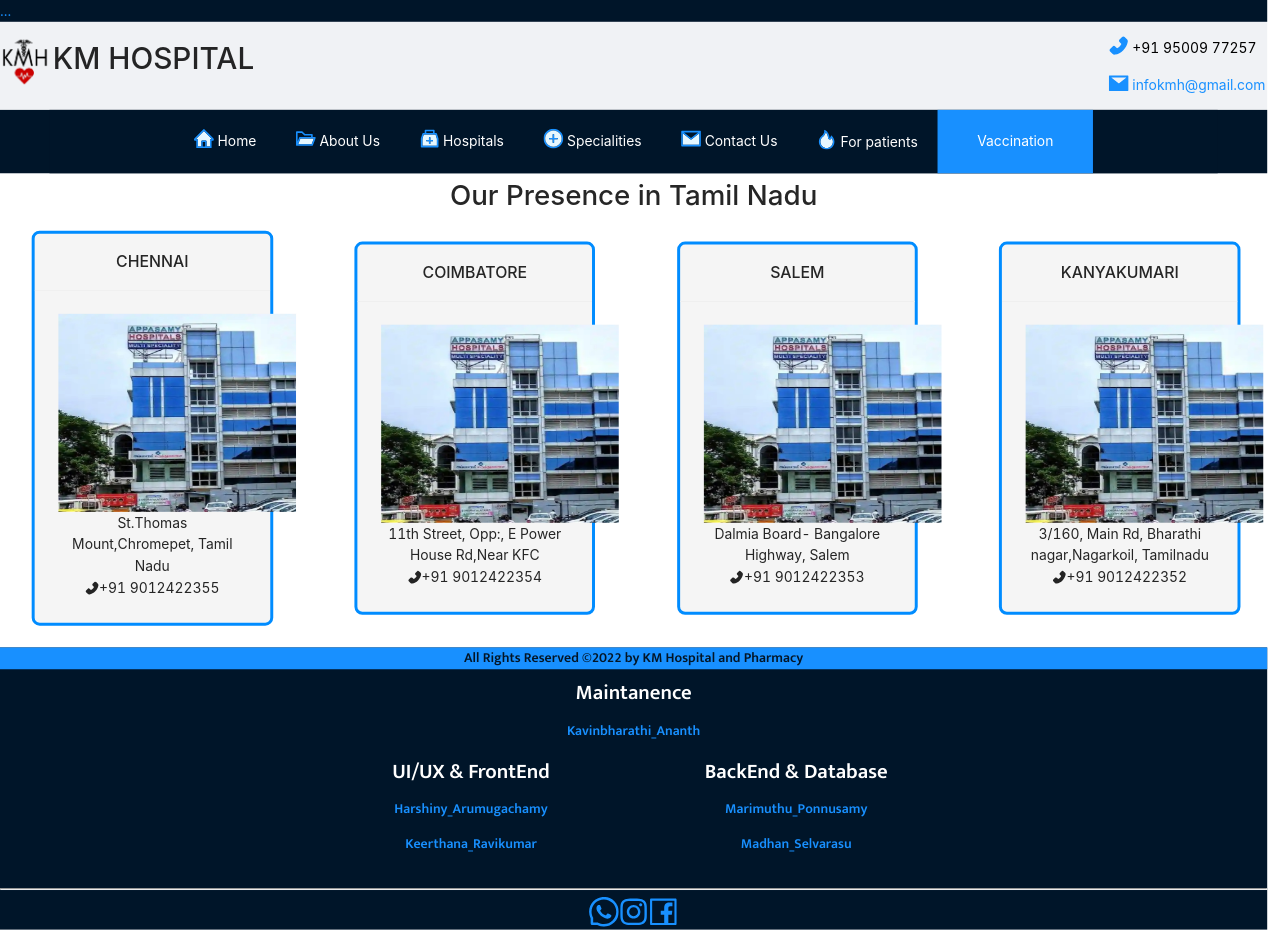
Repository: marimuthu1001/KHM-hospital
Page: /hospitals (app in km-hospital/)
These files come from the project's save history. The page is drawn as it stood at one moment and after the next save; the edit follows.
The browser window is 1280 px wide. The page is 1297 px wide, so the pictures cover 1297 px, including what lies to the right of the window. The pictures show the whole page, at 99% of full size.
The project was rebuilt for these pictures with package versions that can differ from the ones it lists, and the page was loaded fresh each time. Also part of the build but not shown: km-hospital/src/firebase.js, km-hospital/src/Pages/Home.jsx, km-hospital/src/Pages/ContactUs.jsx, km-hospital/src/Pages/AboutUS.jsx, km-hospital/src/Styles/Specialities.module.css, km-hospital/src/Pages/Specialities.jsx, km-hospital/src/Pages/For Patients/Bmi_Calculator.jsx, km-hospital/src/Styles/Appointment.module.css and 3 more.

Above is the page before, as saved 2022-01-27 15:20:29.

### km-hospital/public/index.html
<!DOCTYPE html>
<html lang="en">
  <head>
    <meta charset="utf-8" />
    <link rel="icon" href="%PUBLIC_URL%/favicon.ico" />
    <meta name="viewport" content="width=device-width, initial-scale=1" />
    <meta name="theme-color" content="#000000" />
    <meta
      name="description"
      content="Web site created using create-react-app"
    />
    <link rel="apple-touch-icon" href="%PUBLIC_URL%/logo192.png" />
    <!--
      manifest.json provides metadata used when your web app is installed on a
      user's mobile device or desktop. See https://developers.google.com/web/fundamentals/web-app-manifest/
    -->
    <link rel="manifest" href="%PUBLIC_URL%/manifest.json" />
    <!--
      Notice the use of %PUBLIC_URL% in the tags above.
      It will be replaced with the URL of the `public` folder during the build.
      Only files inside the `public` folder can be referenced from the HTML.

      Unlike "/favicon.ico" or "favicon.ico", "%PUBLIC_URL%/favicon.ico" will
      work correctly both with client-side routing and a non-root public URL.
      Learn how to configure a non-root public URL by running `npm run build`.
    -->
    <title>KM HOSPITAL | HOME</title>
  </head>
  <body>
    <noscript>You need to enable JavaScript to run this app.</noscript>
    <div id="root"></div>
    <!--
      This HTML file is a template.
      If you open it directly in the browser, you will see an empty page.

      You can add webfonts, meta tags, or analytics to this file.
      The build step will place the bundled scripts into the <body> tag.

      To begin the development, run `npm start` or `yarn start`.
      To create a production bundle, use `npm run build` or `yarn build`.
    -->
  </body>
</html>

### km-hospital/src/index.js
import React from 'react';
import ReactDOM from 'react-dom';
import 'antd/dist/antd.min.css'
import './index.css'
import App from './App';


ReactDOM.render(
  <React.StrictMode>
    <App />
  </React.StrictMode>,
  document.getElementById('root')
);

### km-hospital/src/index.css
@import '~antd/dist/antd.css';

.ant-menu:not(.ant-menu-horizontal) .ant-menu-item-selected {
	background: transparent;
}

.ant-menu{
    background: red;
    }

### km-hospital/src/App.js
import Nav from  './components/Nav'
import Footer from './components/Footer'
import Home from './Pages/Home'
import ContactUs from './Pages/ContactUs'
import AboutUs from './Pages/AboutUS'
import Specialities from './Pages/Specialities'
import BmiCalculator from './Pages/For Patients/Bmi_Calculator'
import Appointment from './Pages/For Patients/BookAppointment'
import Hospitals from './Pages/Hospitals'
import {BrowserRouter as Router, Route,Routes} from 'react-router-dom'

import Feedback from './Pages/Feedback'

function App() {
  return (
    <Router>
        <div className="App">
          <Nav/>
          <Routes>
            <Route exact path="/" element={<Home/>}/>
            <Route exact path="/contactus" element={<ContactUs/>}/>
            <Route exact path="/aboutus" element={<AboutUs/>}/>
            <Route exact path="/specialities" element={<Specialities/>}/>
            <Route exact path="/bmicalculator" element={<BmiCalculator/>}/>
            <Route exact path="/bookappointment" element={<Appointment/>}/>
            <Route exact path="/hospitals" element={<Hospitals/>}/>
            <Route exact path="/feedback" element={<Feedback/>}/>
          </Routes>

          <Footer/>
        </div>
    </Router>

  );
}

export default App;

### km-hospital/src/components/Nav.jsx
import React from 'react'

import Styles from '../Styles/Nav.module.css'
import { Layout, Menu, Dropdown,Row,Col } from 'antd';
import Logo from '../Images/Logo.png'

import {HomeTwoTone,
    FolderOpenTwoTone,
    MedicineBoxTwoTone,
    PlusCircleTwoTone,
    FireTwoTone ,
    MailTwoTone,
    PhoneFilled,
    MailFilled,

    } from '@ant-design/icons'

function Nav() {
  const menu = (
    <Menu>

            <Menu.Item key="1">Covid Dose</Menu.Item>
            <Menu.Item key="2">Covid Booster</Menu.Item>
            <Menu.Item key="3">Polio Vaccine</Menu.Item>
            <Menu.Item key="4">Chicken pox Vaccine</Menu.Item>
      </Menu>
  )
const patients = (
  <Menu>
         <a href="bmicalculator"> <Menu.Item key="1">Health Checkup Package</Menu.Item></a>
         <a href="bmicalculator"><Menu.Item key="2">Medicines</Menu.Item></a>
          <a href="bmicalculator"><Menu.Item key="3">Symptoms</Menu.Item></a>
          <a href="/bookappointment"> <Menu.Item key="4">Book an Appointment</Menu.Item></a>
          <a href="bmicalculator"><Menu.Item key="5">BMI Calculator</Menu.Item></a>

    </Menu>

  )

  const { Header} = Layout;
    return (

      <Layout>
        <p className={Styles.line}>...</p>
        <div className={Styles.head} >
            <Row gutters={[16,16]}>
              <Col md={{span:2}} lg={{span:1}}>
              <div className="logo">
              <img src={Logo} alt="Logo" widht={50} height={50}/>
            </div>
              </Col>
              <Col md={{span:6}} lg={{span:4}}>
              <h1>KM HOSPITAL</h1>
              </Col>
              <Col md={{span:8}} lg={{span:16}}></Col>
              <Col md={{span:5}} lg={{span:3}}>
              <div className={Styles.contactHead}>
                <p style={{color:'black'}}><PhoneFilled  style= {{ fontSize: '20px',color: '#1890ff'  }} />&nbsp;+91 95009 77257</p>
                <p><a href="mailto:infokmh@gmail.com"><MailFilled style= {{ fontSize: '20px',color: '#1890ff'  }} />&nbsp;infokmh@gmail.com</a></p>
               </div>
              </Col>
            </Row>
        </div>



      <Header className="header">
      <div className="menubar">
        <Menu style={{
            position: 'relative',
            display: 'flex',
            justifyContent: 'center',

        }} theme="dark" mode="horizontal" defaultSelectedKeys={['1']}>
     <a href="/">
          <Menu.Item key="7"><HomeTwoTone style={{fontSize:20}}/>&nbsp;Home</Menu.Item>
     </a>
     <a href="/aboutus">
          <Menu.Item key="2"><FolderOpenTwoTone style={{fontSize:20}}/>&nbsp;About Us</Menu.Item>
     </a>
     <a href="/hospitals">
          <Menu.Item key="3"><MedicineBoxTwoTone style={{fontSize:20}}/>&nbsp;Hospitals</Menu.Item>
     </a>
     <a href="/specialities">
          <Menu.Item key="4"><PlusCircleTwoTone style={{fontSize:20}}/>&nbsp;Specialities</Menu.Item>
     </a>
     <a href="/contactus">
          <Menu.Item  key="6"> <MailTwoTone style={{fontSize:20}}/>&nbsp;Contact Us</Menu.Item>
     </a>
          <Dropdown  overlay={patients} placement="topCenter">
              <Menu.Item key="5"><FireTwoTone style={{fontSize:20}}/>&nbsp;For patients</Menu.Item>
          </Dropdown>

          <Menu.Item key="1">
          <Dropdown  overlay={menu} placement="topCenter">
                    <Menu.Item>Vaccination</Menu.Item>
          </Dropdown>
          </Menu.Item>


        </Menu>  </div>
      </Header>


        </Layout>


    )
}

export default Nav

### km-hospital/src/components/Footer.jsx
import React from 'react'
import Styles from '../Styles/Footer.module.css'
import { Row, Col } from 'antd';
import {WhatsAppOutlined,
    InstagramOutlined,
    FacebookOutlined} from '@ant-design/icons'
function Footer() {
    return (
        <div  >
            <div className={Styles.footer}>


                <div className={Styles.footerContent}>
                    <div sm={1}  md={6} lg={8}  className={Styles.footerTitle}>
                        <h4>All Rights Reserved &copy;2022 by KM Hospital and Pharmacy</h4>
                    </div>


                <div className={Styles.maintain}>
                    <h2>Maintanence</h2>
                    <p>Kavinbharathi_Ananth</p>
                </div>

                <Row className={Styles.design} gutter={[34, 18]}>
                <Col xs={24} md={6}/>
                    <Col xs={24} md={6}>
                        <div>
                            <h2 className={Styles.headDecoration}>UI/UX & FrontEnd</h2>
                            <div className={Styles.decoration}>
                                <p>Harshiny_Arumugachamy</p>
                                <p>Keerthana_Ravikumar</p>
                            </div>
                        </div>
                    </Col>
                    <Col xs={24} md={6}>
                        <div>
                        <h2 className={Styles.headDecoration}>BackEnd & Database</h2>
                            <div className={Styles.decoration}>
                                <p>Marimuthu_Ponnusamy</p>
                                <p>Madhan_Selvarasu</p>
                            </div>
                        </div>
                    </Col>
                    <Col xs={24} md={6}/>
                        <Col sm={{ span: 5, offset: 0 }} md={{ span: 5, offset: 0 }} lg={{ span: 6, offset:0  }}> </Col>
                </Row>


<hr/>


                <Row  className={Styles.social}>
                    <Col sm={{span:2}} md={{span:8}} lg={{span:8}}><WhatsAppOutlined style={{fontSize: '30px' }} /></Col>
                    <Col sm={{span:2}} md={{span:8}} lg={{span:8}}><InstagramOutlined style={{fontSize: '30px' }} /></Col>
                    <Col sm={{span:2}} md={{span:8}} lg={{span:8}}><FacebookOutlined style={{fontSize: '30px' }} /></Col>
                </Row>
            </div>
        </div>
        </div>
    )
}

export default Footer

### km-hospital/src/Pages/Hospitals.jsx
import React from 'react';
import { Card, Col, Row  } from 'antd';
import Styles from '../Styles/ContactUs.module.css'
import {PhoneFilled} from '@ant-design/icons'
import Img1 from '../Images/Hospitals/hsptl (16).jpeg'
function Hospitals() {
  return (<div>
      <h1 style={{textAlign:"Center"}}>Our Presence in Tamil Nadu</h1>
            <div className="site-card-wrapper">
                    <Row className={Styles.locations} justify="space-around" align="middle" gutter={28}>
                        {/* <Col sm={{span:2}} md={{span:5}}  lg={{span:4}}></Col> */}
                        <Col  sm={{span:1}} md={{span:5}}  lg={{span:5}} >
                            <Card className={Styles.card} style={{backgroundColor:'whitesmoke'}} title="CHENNAI" bordered={true} hoverable={true}>
                            <img src={Img1} alt="Hospital"  width={240} height={200}/>
                            St.Thomas Mount,Chromepet, Tamil Nadu <br/> <PhoneFilled />+91 9012422355
                            </Card>
                        </Col>
                        <Col sm={{span:1}} md={{span:5}} lg={{span:5}} >
                            <Card  className={Styles.card} style={{backgroundColor:'whitesmoke'}} title="COIMBATORE" bordered={true} hoverable={true}>
                            <img src={Img1} alt="Hospital"  width={240} height={200}/>
                           11th Street, Opp:, E Power House Rd,Near KFC <br/> <PhoneFilled />+91 9012422354
                            </Card>
                        </Col>
                        <Col sm={{span:1}} md={{span:5}} lg={{span:5}}>
                            <Card className={Styles.card} style={{backgroundColor:'whitesmoke'}} title="SALEM" bordered={true} hoverable={true}>
                            <img src={Img1} alt="Hospital"  width={240} height={200}/>
                           Dalmia Board- Bangalore Highway, Salem  <br/> <PhoneFilled />+91 9012422353
                            </Card>
                        </Col>
                        <Col sm={{span:1}} md={{span:5}} lg={{span:5}}>
                            <Card className={Styles.card} style={{backgroundColor:'whitesmoke'}} title="KANYAKUMARI" bordered={true} hoverable={true}>
                            <img src={Img1} alt="Hospital"  width={240} height={200}/>
                             3/160, Main Rd, Bharathi nagar,Nagarkoil, Tamilnadu  <br/> <PhoneFilled />+91 9012422352
                            </Card>
                        </Col>
                        {/* <Col sm={{span:3}} md={{span:5}}  lg={{span:4}}></Col> */}
                    </Row>
              <br/>
                </div>
  </div>);
}

export default Hospitals;

### km-hospital/src/Styles/Nav.module.css
*{
    margin-top:0px;
}
.line{
    background-color:#001529;
    color:#1890ff;
}
.head h1{
    font-size: 30px;
}
.menubar .Menu.item{
    margin-left:20%;
}
a{
    text-decoration: none;
}
a:hover{
    background-color:#1890ff;
}

### km-hospital/src/Styles/Footer.module.css
@import url('https://fonts.googleapis.com/css2?family=Mukta:wght@600&display=swap');
.footer{
    background-color:#001529;
    font-family: 'Mukta', sans-serif;
    color:#1890ff;
    position:relative;
    text-align:center
}
.footer h2{
    color:#ffffff
}
.footer .footerTitle{
    color:rgb(255, 255, 255);
    background-color:#1890ff
}
.footer .social{
    text-align:center;
    display:inline-flex;
}
.social li{
    list-style-type: none;
}
.decoration{
    list-style-type:none;
    text-align:center
}
.headDecoration{
    text-align:center
}

### km-hospital/src/Styles/Home.module.css
@import url('https://fonts.googleapis.com/css2?family=Josefin+Sans:wght@700&display=swap');
.card{
    background-color:#1890ff;
    height:120px;
    border: 1px solid #001529;
    border-radius:14px;
}
.title{
    font-family: 'Josefin Sans', sans-serif;
}

### km-hospital/src/Styles/ContactUs.module.css
.title{
    text-align:center;
}
.card{
    border:3px solid #008cff;
    border-radius:8px;
    text-align: center;
    background-color:#9bcdfc;
}
.card:hover{
    border:3px solid #1890ff;
    box-shadow: 8px 8px 8px #9bcdfc ;
}
.locations{

    padding-left:5px;
}
.btn{
    width:28%;
}
.form{
    border-radius:20px;
    border:1px solid #000;
    box-shadow:5px 5px 5px rgb(0, 0, 0);
    padding-top:20px;
}

### km-hospital/src/Styles/bmiCalc.module.css
@import url('https://fonts.googleapis.com/css2?family=Poppins:wght@400&display=swap');

.aboutContent{
    margin:0 10%;
    text-align: center;
    font-family: 'Poppins', sans-serif;
    font-weight:block;
}
 .bmiFormula{

    border:1px solid #5465ff
}

After the next save:
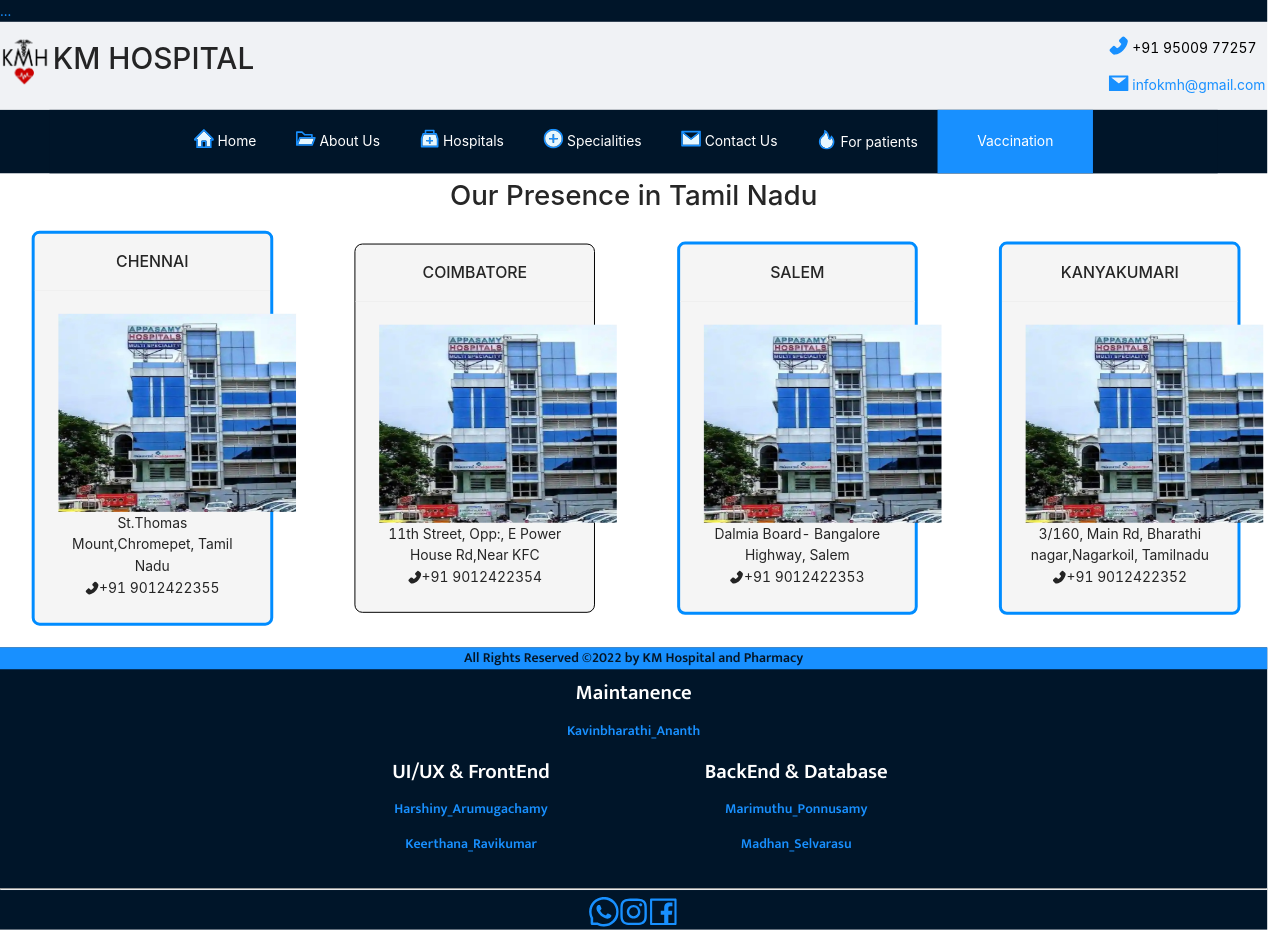
Saved 41 s later.
--- a/km-hospital/src/Pages/Hospitals.jsx
+++ b/km-hospital/src/Pages/Hospitals.jsx
@@ -16,7 +16,7 @@ function Hospitals() {
                             </Card>
                         </Col>
                         <Col sm={{span:1}} md={{span:5}} lg={{span:5}} >
-                            <Card  className={Styles.card} style={{backgroundColor:'whitesmoke'}} title="COIMBATORE" bordered={true} hoverable={true}>
+                            <Card  className={Styles.card} style={{backgroundColor:'whitesmoke', border:'1px solid black'}} title="COIMBATORE" bordered={true} hoverable={true}>
                             <img src={Img1} alt="Hospital"  width={240} height={200}/>
                            11th Street, Opp:, E Power House Rd,Near KFC <br/> <PhoneFilled />+91 9012422354
                             </Card>
